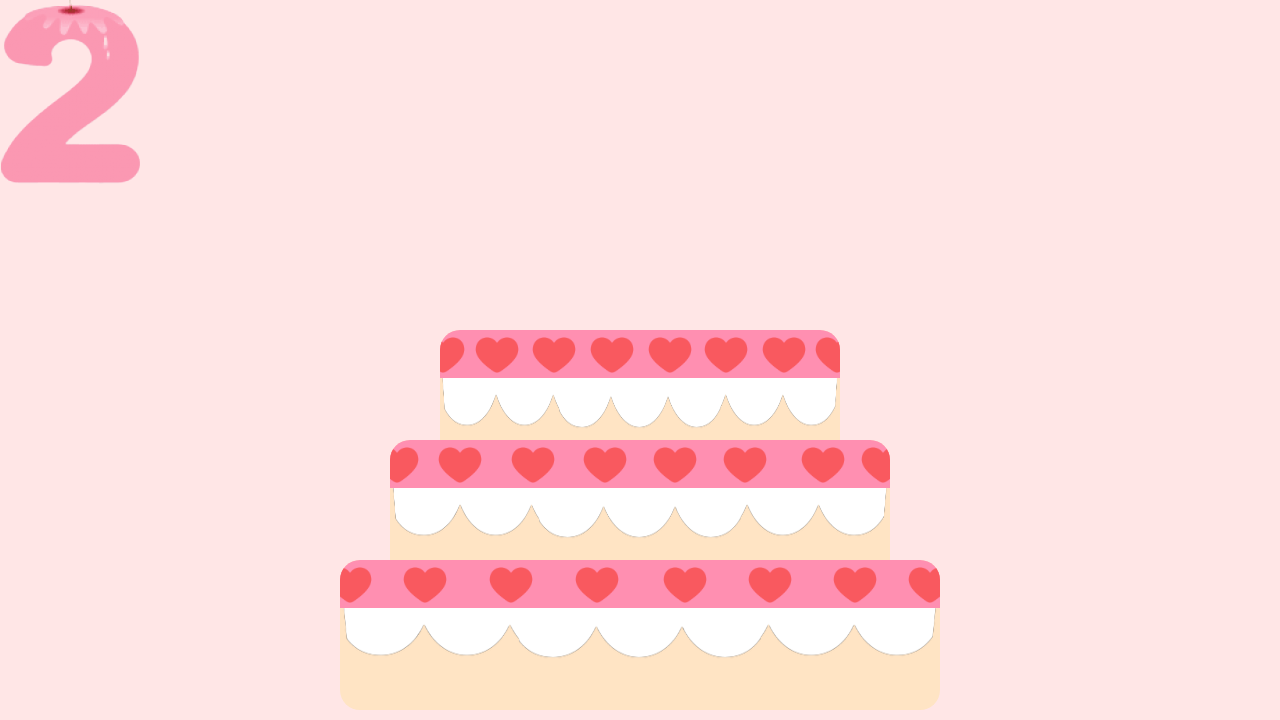
Repository: iphoneboy46/happybirthday
Page: index.html
The author's editor kept a copy of each file at every save. The page is drawn from the files as they stood at one save, then again after a run of saves.
The browser window is 1280 px wide. The pictures show the whole page.

Above is the page before, as saved 2022-11-28 17:27:54.

### index.html
<!DOCTYPE html>
<html lang="en">
  <head>
    <meta charset="UTF-8" />
    <meta http-equiv="X-UA-Compatible" content="IE=edge" />
    <meta name="viewport" content="width=device-width, initial-scale=1.0" />
    <title>Happy Birthday</title>
    <link rel="stylesheet" href="style.css" />
  </head>
  <body>
    <div class="container">
      <div class="cake">
        <div class="top--cake">
          <div class="img-wavy">
            <img src="image/img1.png" alt="" />
          </div>

          <div class="img-heart-1--top">
            <img src="image/heart.png" alt="" />
          </div>
          <div class="img-heart-2--top">
            <img src="image/heart.png" alt="" />
          </div>
          <div class="img-heart-3--top">
            <img src="image/heart.png" alt="" />
          </div>
          <div class="img-heart-4--top">
            <img src="image/heart.png" alt="" />
          </div>
          <div class="img-heart-5--top">
            <img src="image/heart.png" alt="" />
          </div>
          <div class="img-heart-6--top">
            <img src="image/heart.png" alt="" />
          </div>
          <div class="img-heart-7--top">
            <img src="image/heart.png" alt="" />
          </div>
          <div class="img-heart-8--top">
            <img src="image/heart.png" alt="" />
          </div>

          <div class="border-cake"></div>
        </div>
        <div class="center--cake">
          <div class="img-wavy">
            <img src="image/img1.png" alt="" />
          </div>
          <div class="img-heart-1--center">
            <img src="image/heart.png" alt="" />
          </div>
          <div class="img-heart-2--center">
            <img src="image/heart.png" alt="" />
          </div>
          <div class="img-heart-3--center">
            <img src="image/heart.png" alt="" />
          </div>
          <div class="img-heart-4--center">
            <img src="image/heart.png" alt="" />
          </div>
          <div class="img-heart-5--center">
            <img src="image/heart.png" alt="" />
          </div>
          <div class="img-heart-6--center">
            <img src="image/heart.png" alt="" />
          </div>
          <div class="img-heart-7--center">
            <img src="image/heart.png" alt="" />
          </div>
          <div class="img-heart-8--center">
            <img src="image/heart.png" alt="" />
          </div>

          <div class="border-cake"></div>
        </div>
        <div class="bottom--cake">
          <div class="img-wavy">
            <img src="image/img1.png" alt="" />
          </div>

          <div class="img-heart-1">
            <img src="image/heart.png" alt="" />
          </div>
          <div class="img-heart-2">
            <img src="image/heart.png" alt="" />
          </div>
          <div class="img-heart-3">
            <img src="image/heart.png" alt="" />
          </div>
          <div class="img-heart-4">
            <img src="image/heart.png" alt="" />
          </div>
          <div class="img-heart-5">
            <img src="image/heart.png" alt="" />
          </div>
          <div class="img-heart-6">
            <img src="image/heart.png" alt="" />
          </div>
          <div class="img-heart-7">
            <img src="image/heart.png" alt="" />
          </div>
          <div class="img-heart-8">
            <img src="image/heart.png" alt="" />
          </div>

          <div class="border-cake"></div>
        </div>
        <div class="number2">
            <img src="image/number2png.png" alt="">
        </div>
      </div>
    </div>
  </body>
</html>

### style.css
*{
    padding: 0;
    margin: 0;
    box-sizing: border-box;
}

.container{
   width: 100%;
    background-color: #FFE6E6;
   height: 100vh;
   display: flex;
   justify-content: center;
   align-items: flex-end;
}

.cake{
    display: flex;
    flex-direction: column;
    justify-content:center;
    align-items:center
}


.top--cake{
    position: relative;
    overflow: hidden;
    width: 400px;
    height:110px;
    background-color: bisque;
    border-top-left-radius:20px;
    border-top-right-radius:20px;

}



.center--cake{
    position: relative;
    overflow: hidden;
    width: 500px;
    height:120px;
    background-color: bisque;
    border-top-left-radius:20px;
    border-top-right-radius:20px;

}


.bottom--cake{
    position: relative;
    overflow: hidden;
    width: 600px;
    height:150px;
    background-color: bisque;
    border-radius:20px;
    margin-bottom: 10px;
}



.img-wavy{
    width: 100%;
    height: 100px;
}

.img-wavy img{
    width: 100%;
    height: 100%;
}

.img-heart-1{
    z-index: 3;
    position: absolute;
    top: 0px;
    left: -15px;
    width:50px;
    height:50px;
}


.img-heart-1 img{
    width: 100%;
    height: 100%;
}

.img-heart-2{
    z-index: 3;
    position: absolute;
    top: 0px;
    left: 60px;
    width:50px;
    height:50px;
}


.img-heart-2 img{
    width: 100%;
    height: 100%;
}


.img-heart-3{
    z-index: 3;
    position: absolute;
    top: 0px;
    left: 146px;
    width:50px;
    height:50px;
}


.img-heart-3 img{
    width: 100%;
    height: 100%;
}

.img-heart-4{
    z-index: 3;
    position: absolute;
    top: 0px;
    left: 232px;
    width:50px;
    height:50px;
}


.img-heart-4 img{
    width: 100%;
    height: 100%;
}

.img-heart-5{
    z-index: 3;
    position: absolute;
    top: 0px;
    left: 320px;
    width:50px;
    height:50px;
}


.img-heart-5 img{
    width: 100%;
    height: 100%;
}

.img-heart-6{
    z-index: 3;
    position: absolute;
    top: 0px;
    left: 405px;
    width:50px;
    height:50px;
}


.img-heart-6 img{
    width: 100%;
    height: 100%;
}

.img-heart-7{
    z-index: 3;
    position: absolute;
    top: 0px;
    left: 490px;
    width:50px;
    height:50px;
}


.img-heart-7 img{
    width: 100%;
    height: 100%;
}

.img-heart-8{
    z-index: 3;
    position: absolute;
    top: 0px;
    right: -15px;
    width:50px;
    height:50px;
}


.img-heart-8 img{
    width: 100%;
    height: 100%;
}



.border-cake{
    z-index: 2;
    position: absolute;
    top: 0;
    width: 100%;
    height: 48px;
    background-color: #FF8FB1;
}


.img-heart-1--center{
    z-index: 3;
    position: absolute;
    top: 0px;
    left: -18px;
    width:50px;
    height:50px;
}


.img-heart-1--center img{
    width: 100%;
    height: 100%;
}

.img-heart-2--center{
    z-index: 3;
    position: absolute;
    top: 0px;
    left: 45px;
    width:50px;
    height:50px;
}


.img-heart-2--center img{
    width: 100%;
    height: 100%;
}


.img-heart-3--center{
    z-index: 3;
    position: absolute;
    top: 0px;
    left: 118px;
    width:50px;
    height:50px;
}


.img-heart-3--center img{
    width: 100%;
    height: 100%;
}

.img-heart-4--center{
    z-index: 3;
    position: absolute;
    top: 0px;
    left: 190px;
    width:50px;
    height:50px;
}


.img-heart-4--center img{
    width: 100%;
    height: 100%;
}

.img-heart-5--center{
    z-index: 3;
    position: absolute;
    top: 0px;
    left: 260px;
    width:50px;
    height:50px;
}


.img-heart-5--center img{
    width: 100%;
    height: 100%;
}

.img-heart-6--center{
    z-index: 3;
    position: absolute;
    top: 0px;
    left: 330px;
    width:50px;
    height:50px;
}


.img-heart-6--center img{
    width: 100%;
    height: 100%;
}

.img-heart-7--center{
    z-index: 3;
    position: absolute;
    top: 0px;
    left: 408px;
    width:50px;
    height:50px;
}


.img-heart-7--center img{
    width: 100%;
    height: 100%;
}

.img-heart-8--center{
    z-index: 3;
    position: absolute;
    top: 0px;
    right: -18px;
    width:50px;
    height:50px;
}


.img-heart-8--center img{
    width: 100%;
    height: 100%;
}


.img-heart-1--top{
    z-index: 3;
    position: absolute;
    top: 0px;
    left: -22px;
    width:50px;
    height:50px;
}


.img-heart-1--top img{
    width: 100%;
    height: 100%;
}

.img-heart-2--top{
    z-index: 3;
    position: absolute;
    top: 0px;
    left: 32px;
    width:50px;
    height:50px;
}


.img-heart-2--top img{
    width: 100%;
    height: 100%;
}


.img-heart-3--top{
    z-index: 3;
    position: absolute;
    top: 0px;
    left: 89px;
    width:50px;
    height:50px;
}


.img-heart-3--top img{
    width: 100%;
    height: 100%;
}

.img-heart-4--top{
    z-index: 3;
    position: absolute;
    top: 0px;
    left: 147px;
    width:50px;
    height:50px;
}


.img-heart-4--top img{
    width: 100%;
    height: 100%;
}

.img-heart-5--top{
    z-index: 3;
    position: absolute;
    top: 0px;
    left: 205px;
    width:50px;
    height:50px;
}


.img-heart-5--top img{
    width: 100%;
    height: 100%;
}

.img-heart-6--top{
    z-index: 3;
    position: absolute;
    top: 0px;
    left: 261px;
    width:50px;
    height:50px;
}


.img-heart-6--top img{
    width: 100%;
    height: 100%;
}

.img-heart-7--top{
    z-index: 3;
    position: absolute;
    top: 0px;
    left: 319px;
    width:50px;
    height:50px;
}


.img-heart-7--top img{
    width: 100%;
    height: 100%;
}

.img-heart-8--top{
    z-index: 3;
    position: absolute;
    top: 0px;
    right: -22px;
    width:50px;
    height:50px;
}


.img-heart-8--top img{
    width: 100%;
    height: 100%;
}

.number2{
    position: absolute;
    top: 0px;
    left: 0px;
}

After the next 2 saves:
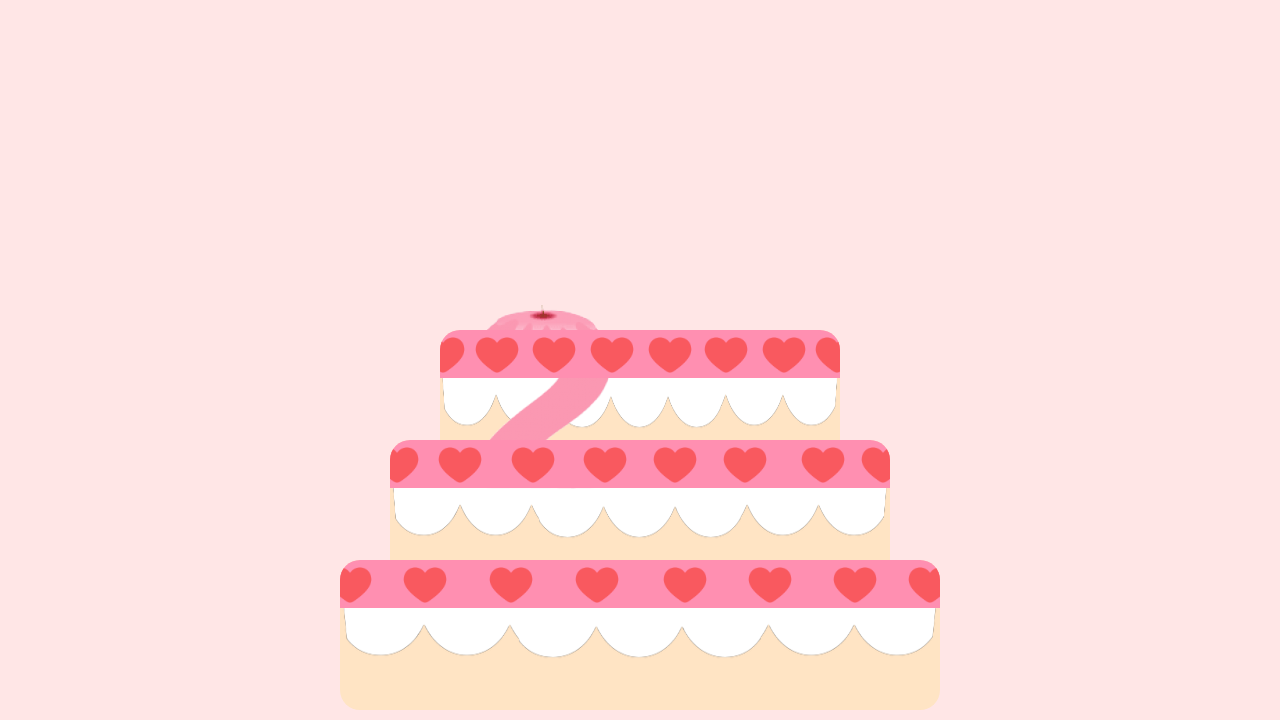
The 2 saves are shown as one change because they came seconds apart.
The last was saved 71 s later.
--- a/style.css
+++ b/style.css
@@ -446,6 +446,6 @@
 
 .number2{
     position: absolute;
-    top: 0px;
-    left: 0px;
-}
+    top: 305px;
+    left: 472px;
+}
